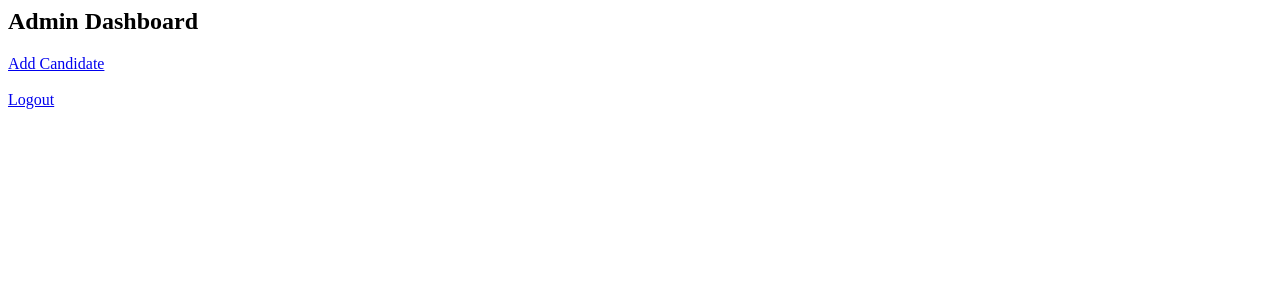
Repository: Atharva-1512/online-voting-system
Page: http://localhost/admin/dashboard.php
The author's editor kept a copy of each file at every save. The page is drawn from the files as they stood at one save, then again after the next save.
The browser window is 1280 px wide. The pictures show the whole page.
The page is run by PHP 8.4 with error messages shown; the project is at /var/www/html/. The session is filled in as if someone had signed in: {"admin_id": 1}.

Above is the page before, as saved 2026-03-01 09:37:11.

After the next save:
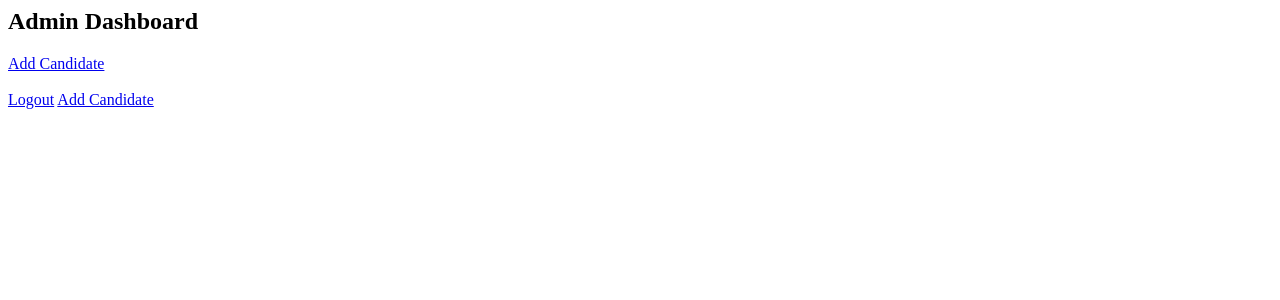
Saved 21 s later.
--- a/admin/dashboard.php
+++ b/admin/dashboard.php
@@ -11,3 +11,4 @@ if(!isset($_SESSION['admin_id'])){
 
 <a href="add_candidate.php">Add Candidate</a><br><br>
 <a href="logout.php">Logout</a>
+<a href="add_candidate.php">Add Candidate</a>
